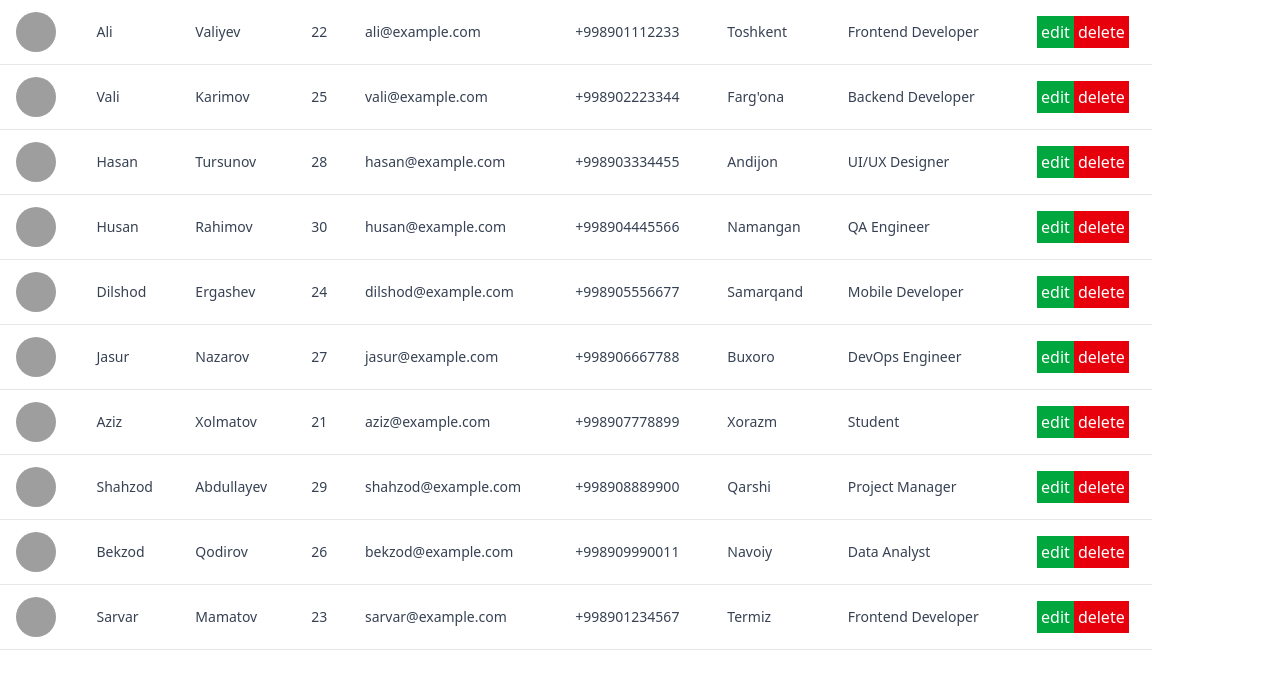
Repository: jamboy008/useformik
Page: /
These files come from the project's save history. The page is drawn as it stood at one moment and after a run of saves; the edit follows.
The browser window is 1280 px wide. The pictures show the whole page.
Pictures or frames that could not be fetched are drawn as grey boxes. The project was rebuilt for these pictures with package versions that can differ from the ones it lists, and the page was loaded fresh each time. Also part of the build but not shown: vite.config.js.

Above is the page before, as saved 2026-08-11 14:59:22.

After the next 2 saves:
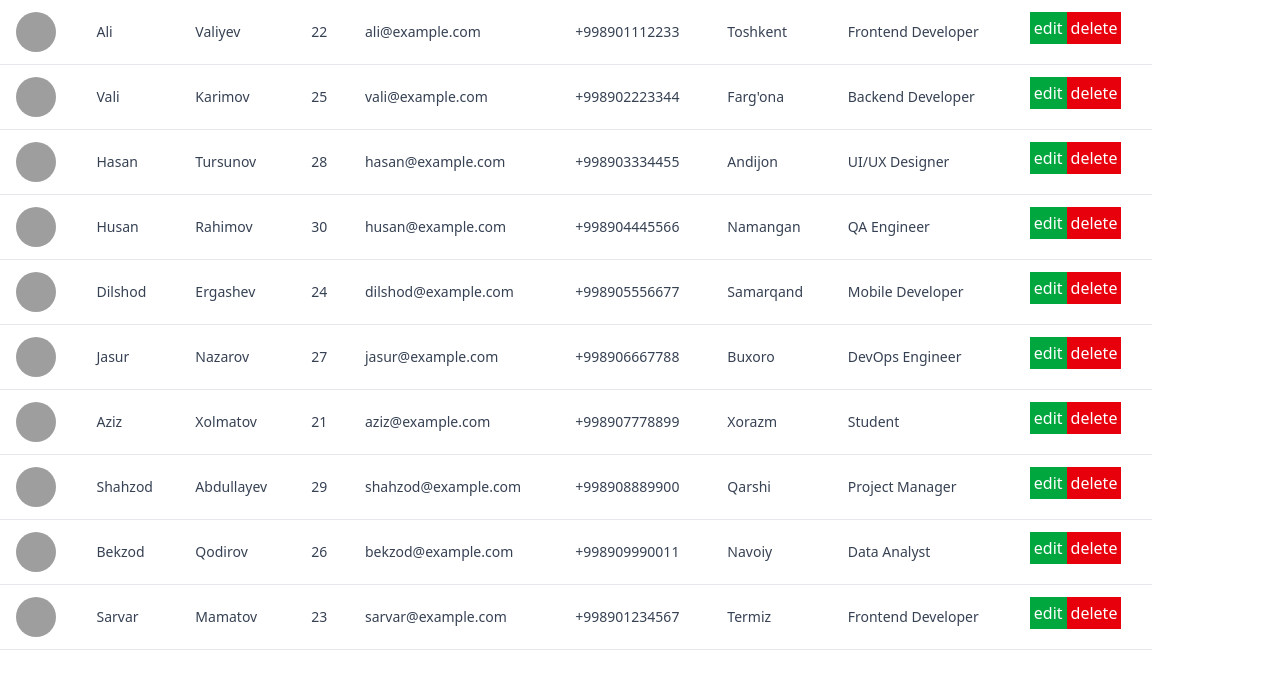
The 2 saves are shown as one change because they came seconds apart.
The last was saved 10 s later.
--- a/src/components/TableRow.jsx
+++ b/src/components/TableRow.jsx
@@ -18,7 +18,7 @@ function TableRow({ user, handleDelete }) {
       <td className="px-4 py-3 text-sm text-gray-700">{user.phone}</td>
       <td className="px-4 py-3 text-sm text-gray-700">{user.city}</td>
       <td className="px-4 py-3 text-sm text-gray-700">{user.profession}</td>
-      <td className="px-4 py-3 text-center">
+      <td className="px-4 py-3 text-center flex ">
         <Button variant={"edit"} text="edit" />
         <Button
           variant={"delete"}
